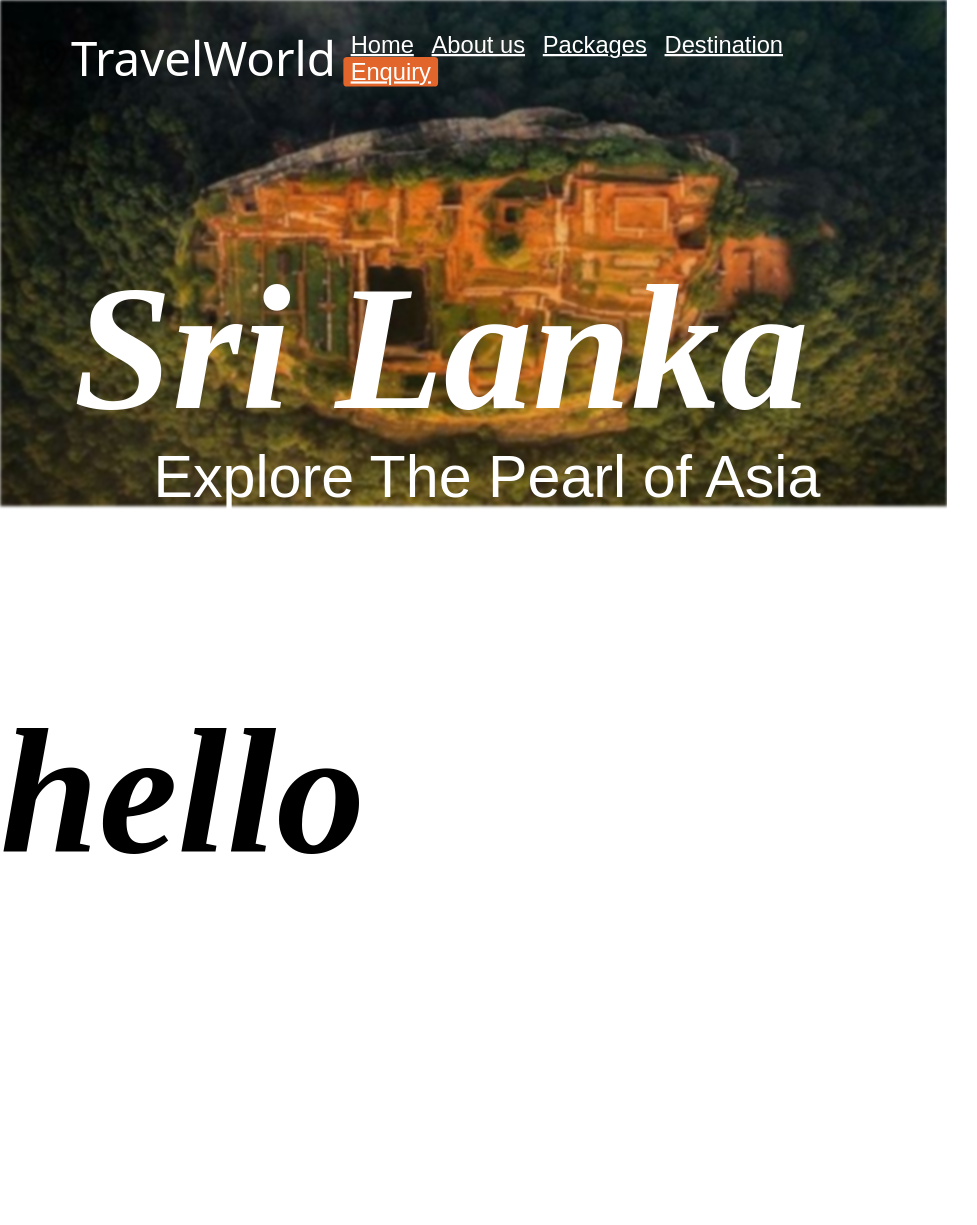
Repository: Haakim19/TavelWorld
Page: HTML/Home.html
These files come from the project's save history. The page is drawn as it stood at one moment and after the next save; the edit follows.
The browser window is 1280 px wide. The page is 1280 px wide, then 1320 px, so the pictures cover 1320 px, including what lies to the right of the window. The pictures show the whole page, at 74% of full size.
Some web fonts or font styles are not loaded; a fallback is used.

Above is the page before, as saved 2024-11-02 11:38:52.

### HTML/Home.html
<!DOCTYPE html>
<html lang="en">
    <head>
        <meta charset="UTF-8" />
		<meta name="viewport" content="width=device-width, initial-scale=1.0" />
		<title>Travel World</title>
		<link rel="stylesheet" href="../CSS/home.css" />
        <link rel="preconnect" href="https://fonts.googleapis.com">
        <link rel="preconnect" href="https://fonts.gstatic.com" crossorigin>
        <link href="https://fonts.googleapis.com/css2?family=Irish+Grover&family=Jaldi:wght@400;700&family=Playwrite+GB+S:ital,wght@0,100..400;1,100..400&display=swap" rel="stylesheet">
	</head>
	<body>
        <div class="bg-img">

            <!-- Navigation Bar -->
            <nav class="navbar">
                <div class="logo">
                    <img src="../Assets/icon/location.png" alt="" />
                    Travel <span>World</span>
                </div>
                <div class="page">
                    <a href="Home.html">Home</a>
                    <a href="Aboutus.html">About us</a>
                    <a href="Packages.html">Packages</a>
                    <a href="Destination.html">Destination</a>
                    <a href="Enquiry.html" class="enquiry-btn">Enquiry</a>
                </div>
            </nav>
            <!-- Hero Section -->
            <section class="hero">
                <div class="hero-overlay">
                    <h1>Sri Lanka</h1>
                    <p>Explore The Pearl of Asia</p>
                </div>
            </section>
            <img class="hero-img" src="../Assets/Images/Pic01.jpg" alt="">
        </div>
        <!-- famous places in sri lanka  -->
        <div class="container">
            <div class="box1">
                <h1>hello
                </h1>
            </div>
            <div class="box2">

            </div>
        </div>
	</body>
</html>

### CSS/home.css
body{
    margin: 0;
    padding: 0;
    /* background-color: #ffffff; */
}
/* Background image */
.bg-img img{
    width: 100%;
    height: 95vh;
    object-fit: cover;
    filter: blur(2px);
    object-position: top;
    background-attachment: scroll;
}

.hero-img {
    position:absolute;
    top: 0;
    z-index: 1;
    background-color:black;;
}
/* Navigation bar */
nav{
    position: relative;
    display: flex;
    align-items: center;
    justify-content: space-between;
    z-index: 1000;
    padding-top: 30px;
}
.logo{
    margin-left: 5vh;
    font-family: "Irish Grover", system-ui;
    color: #ffffff;
    font-size: 4rem;
    display: flex;
    justify-content:center;
    align-items: center;
    padding: 5px 10px 5px 10px;
}
.logo img{
    width: 50px;
    height: 50px;
    color: #ffffff;
}

.page {
    margin-right : 16vh;

}

.page a{
    /* display: flex; */
    font-size: 2rem;
    color: #ffffff;
    font-family:"Jaldi", sans-serif;
    justify-content: space-evenly;
    align-items: center;
    padding: 2px 10px 2px 10px;

}
.page .enquiry-btn{
    background-color:#E2652B;
    color: white;
    border-radius: 5px;
}
section {
    position: relative;
    z-index: 1000;
    color: #ffffff;
    display: flex;
    flex-direction: column;
    justify-content: center;
    align-items: center;
    margin-top: 1vh;

}

.hero .hero-overlay h1 {
    /* margin-right: 10vh; */
    font-family: "Just Another Hand", cursive;
    font-weight: 700;
    font-style:oblique;
    font-size: 15rem;
    margin-bottom: -10px;
}

.hero .hero-overlay p {
    margin-left: 15vh;
    margin-top: auto;
    font-family:"Jaldi", sans-serif;
    font-weight: 500;
    font-style:normal;
    font-size: 5rem;
    margin-right: 10vh;
}
.container{
    height: 100vh;
    width: 100%;
    background-color: rgba(255, 255, 255, 0.5);
}
.container h1{
    font-family: "Just Another Hand", cursive;
    font-weight: 700;
    font-style:oblique;
    font-size: 15rem;
    margin-bottom: -10px;
}

After the next save:
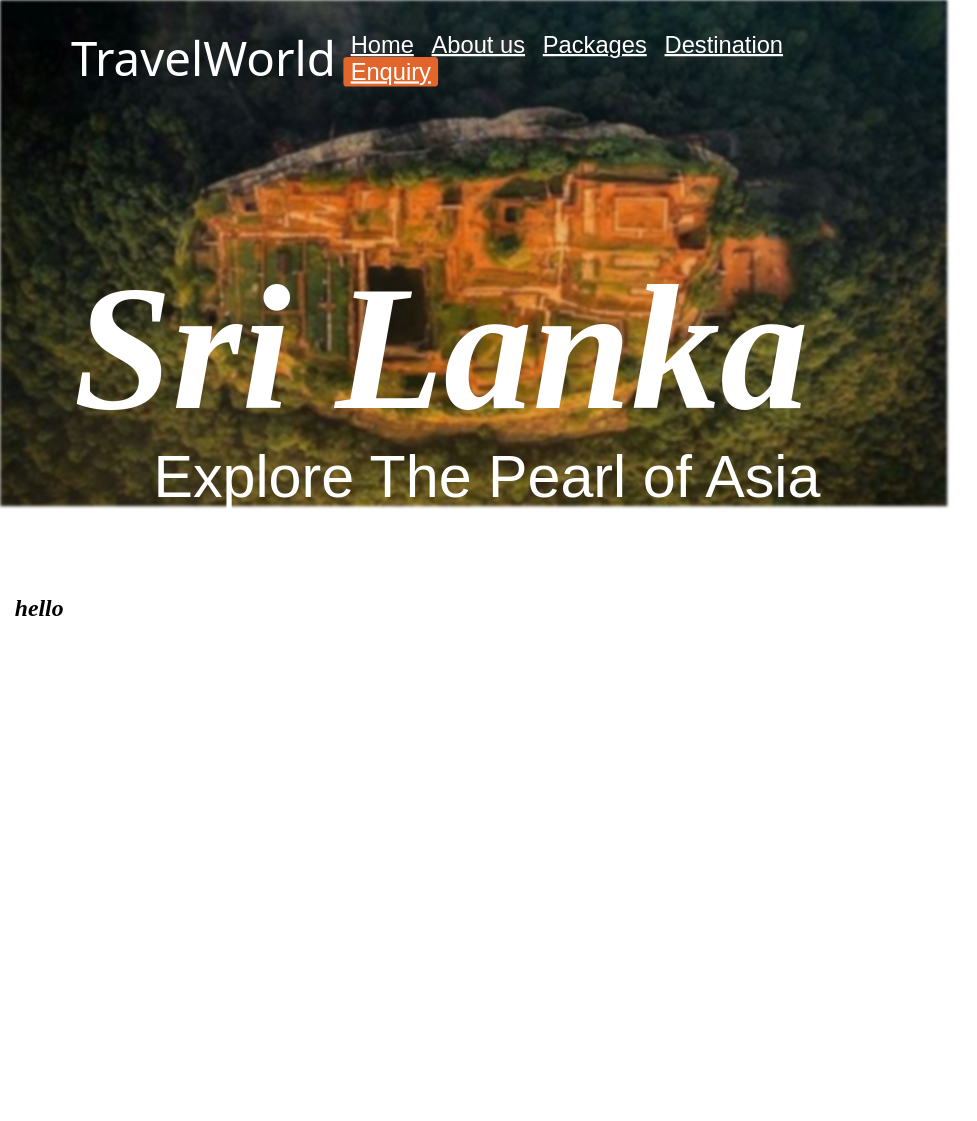
Saved 34 s later.
--- a/CSS/home.css
+++ b/CSS/home.css
@@ -98,11 +98,11 @@ section {
     height: 100vh;
     width: 100%;
     background-color: rgba(255, 255, 255, 0.5);
+    padding: 10px 20px 10px 20px;
 }
 .container h1{
     font-family: "Just Another Hand", cursive;
     font-weight: 700;
     font-style:oblique;
-    font-size: 15rem;
-    margin-bottom: -10px;
+
 }
